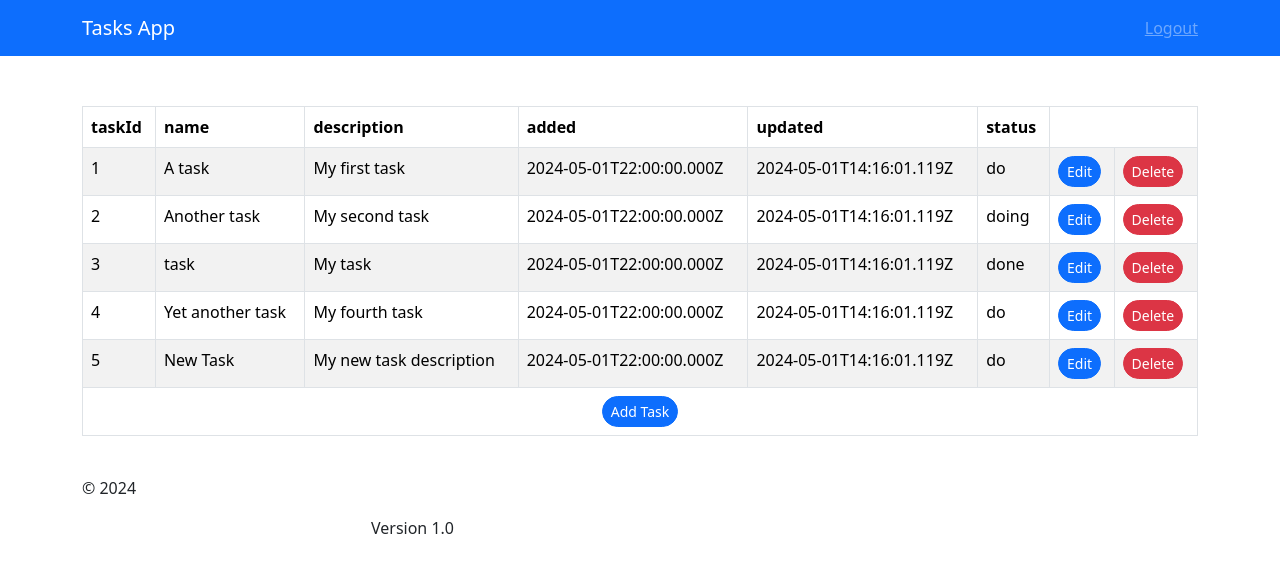
Repository: trider/react-task-manager
Page: /#/tasks
The author's editor kept a copy of each file at every save. The page is drawn from the files as they stood at one save, then again after the next save.
The browser window is 1280 px wide. The pictures show the whole page.
The project was rebuilt for these pictures with package versions that can differ from the ones it lists, and the page was loaded fresh each time. Also part of the build but not shown: src/App.css, src/data/_Users.js, src/pages/Login.js.

Above is the page before, as saved 2024-05-07 17:47:18.

After the next save:
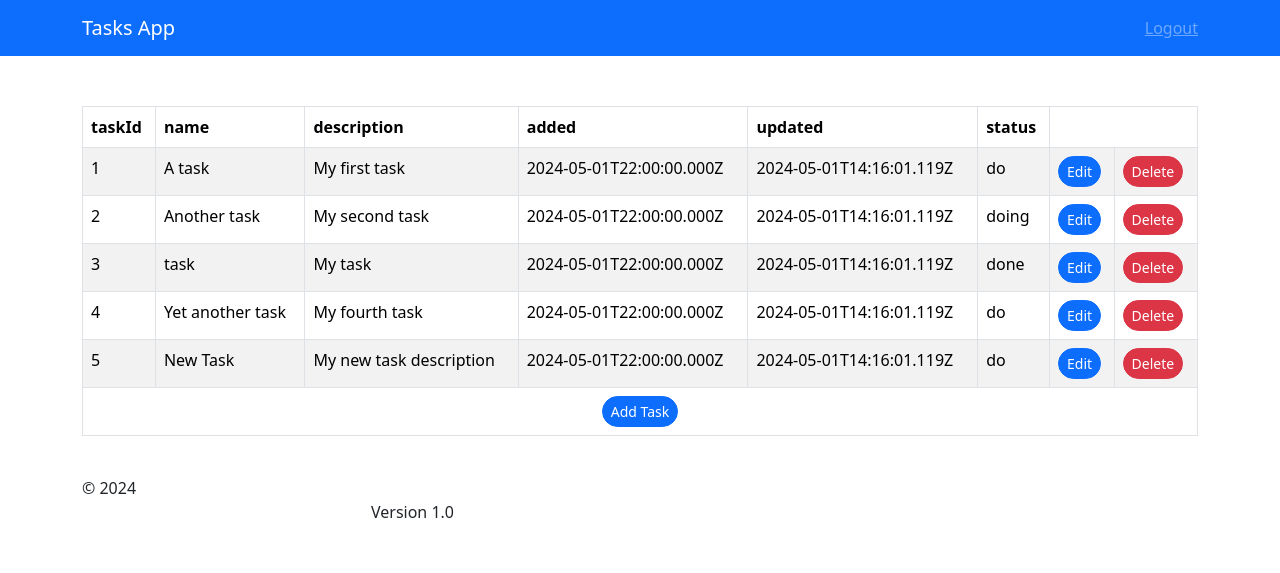
Saved 20 s later.
--- a/src/components/Footer.js
+++ b/src/components/Footer.js
@@ -5,7 +5,7 @@ const Footer = () => {
   return (
     <footer style={{paddingTop:'10%'}} className='class="d-flex flex-wrap justify-content-between align-items-center py-3 my-4 border-top">'>
       <Container >
-        <p>&copy; 2024</p>
+        <div>&copy; 2024</div>
         <div class="nav col-md-4 justify-content-end">
          Version 1.0
         </div>
